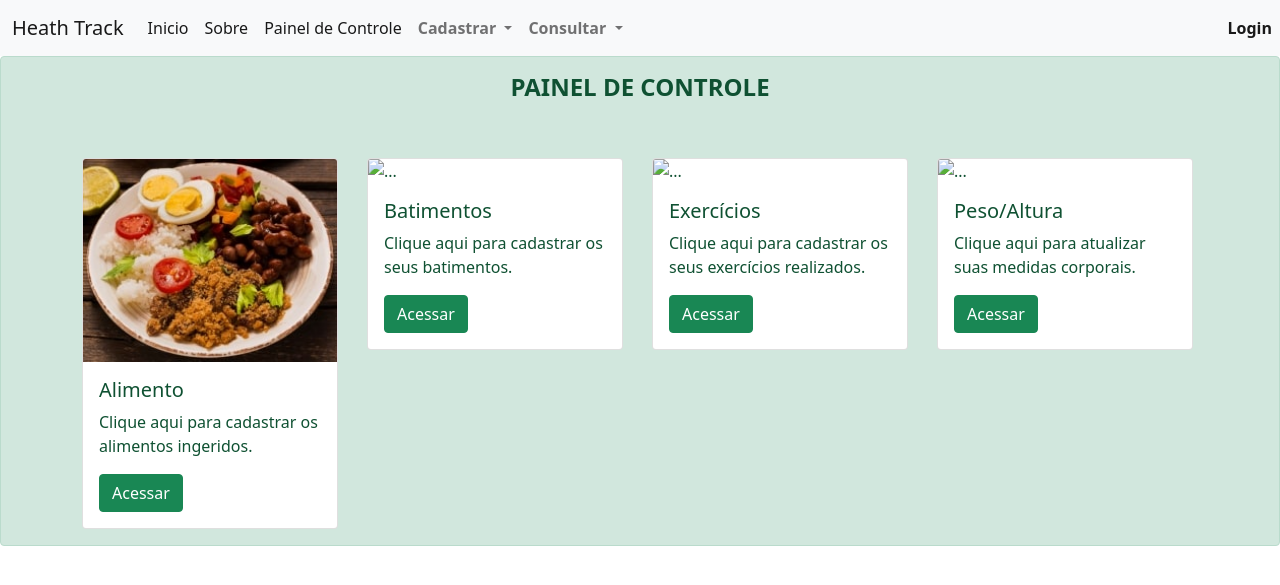
Repository: FellipySantos/HealthTrack_Finalizado
Page: http://localhost/JSPs/painel.jsp
These files come from the project's save history. The page is drawn as it stood at one moment and after the next save; the edit follows.
The browser window is 1280 px wide. The pictures show the whole page.
The page is served by Tomcat 9.

Above is the page before, as saved 2021-11-16 02:48:18.
Not found: JSP/JSPs/JSPs/img/card_imagem_2.jpg
Not found: JSP/JSPs/JSPs/img/card_imagem_3.jpg
Not found: JSP/JSPs/JSPs/img/card_imagem_4.jpg

After the next save:
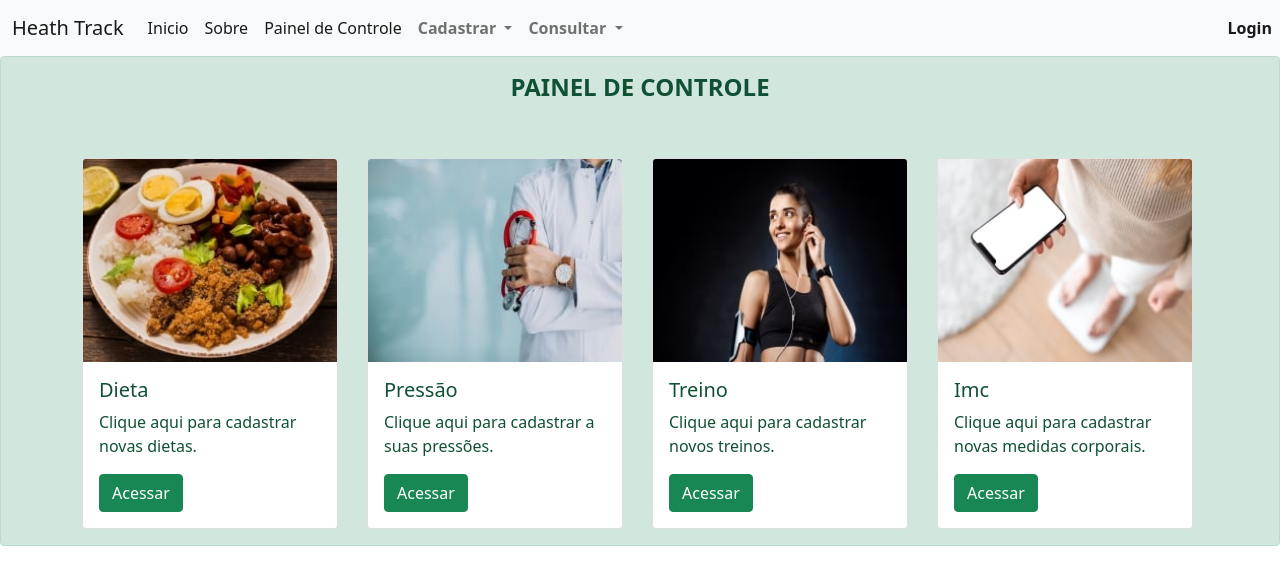
Saved 4 min 22 s later.
--- a/JSP/JSPs/WebContent/painel.jsp
+++ b/JSP/JSPs/WebContent/painel.jsp
@@ -18,8 +18,8 @@
             <div class="card" style="width: 16rem;">
               <img src="resources/img/card_imagem_1.jpg" class="card-img-top" alt="...">
               <div class="card-body">
-                <h5 class="card-title">Alimento</h5>
-                <p class="card-text">Clique aqui para cadastrar os alimentos ingeridos.</p>
+                <h5 class="card-title">Dieta</h5>
+                <p class="card-text">Clique aqui para cadastrar novas dietas.</p>
                 <a href="alimento.html" class="btn btn-success">Acessar</a>
               </div>
             </div>
@@ -29,10 +29,10 @@
           <div class="col-3">
 
             <div class="card" style="width: 16rem;">
-              <img src="img/card_imagem_2.jpg" class="card-img-top" alt="...">
+              <img src="resources/img/card_imagem_2.jpg" class="card-img-top" alt="...">
               <div class="card-body">
-                <h5 class="card-title">Batimentos</h5>
-                <p class="card-text">Clique aqui para cadastrar os seus batimentos.</p>
+                <h5 class="card-title">Pressão</h5>
+                <p class="card-text">Clique aqui para cadastrar a suas pressões.</p>
                 <a href="batimento.html" class="btn btn-success">Acessar</a>
               </div>
             </div>
@@ -42,10 +42,10 @@
           <div class="col-3">
 
             <div class="card" style="width: 16rem;">
-              <img src="img/card_imagem_3.jpg" class="card-img-top" alt="...">
+              <img src="resources/img/card_imagem_3.jpg" class="card-img-top" alt="...">
               <div class="card-body">
-                <h5 class="card-title">Exercícios</h5>
-                <p class="card-text">Clique aqui para cadastrar os seus exercícios realizados.</p>
+                <h5 class="card-title">Treino</h5>
+                <p class="card-text">Clique aqui para cadastrar novos treinos.</p>
                 <a href="exercicio.html" class="btn btn-success">Acessar</a>
               </div>
             </div>
@@ -55,10 +55,10 @@
           <div class="col-3">
 
             <div class="card" style="width: 16rem;">
-              <img src="img/card_imagem_4.jpg" class="card-img-top" alt="...">
+              <img src="resources/img/card_imagem_4.jpg" class="card-img-top" alt="...">
               <div class="card-body">
-                <h5 class="card-title">Peso/Altura</h5>
-                <p class="card-text">Clique aqui para atualizar suas medidas corporais.</p>
+                <h5 class="card-title">Imc</h5>
+                <p class="card-text">Clique aqui para cadastrar novas medidas corporais.</p>
                 <a href="medidas.html" class="btn btn-success">Acessar</a>
               </div>
             </div>
